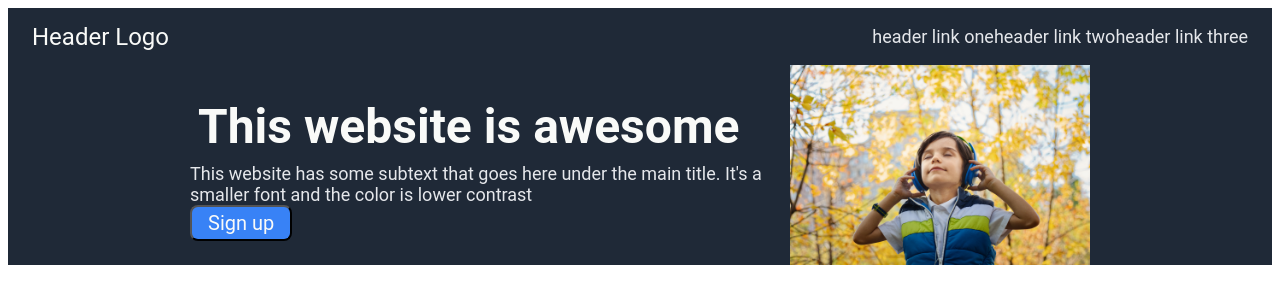
Repository: z1youRA/FirstWebsite
Page: index.html
An editor plug-in stored every save of this project. The page is shown before and after the next save, followed by the edit.
The browser window is 1280 px wide. The pictures show the whole page.

Above is the page before, as saved 2021-11-25 17:20:00.

After the next save:
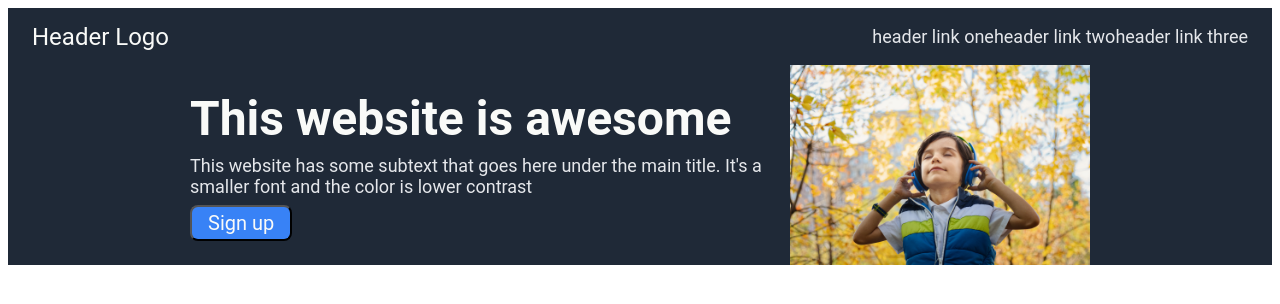
Saved 23 s later.
--- a/styles.css
+++ b/styles.css
@@ -58,12 +58,13 @@ button {
     font-size: 48px;
     font-weight:bolder;
     color: #F9FAF8;
-    margin: 8px;
+    margin-bottom: 8px;
 }
 
 .hero .secondary {
     font-size: 18px;
     color: #e5e7eb;
+    margin-bottom: 8px;
 }
 
 ul {
